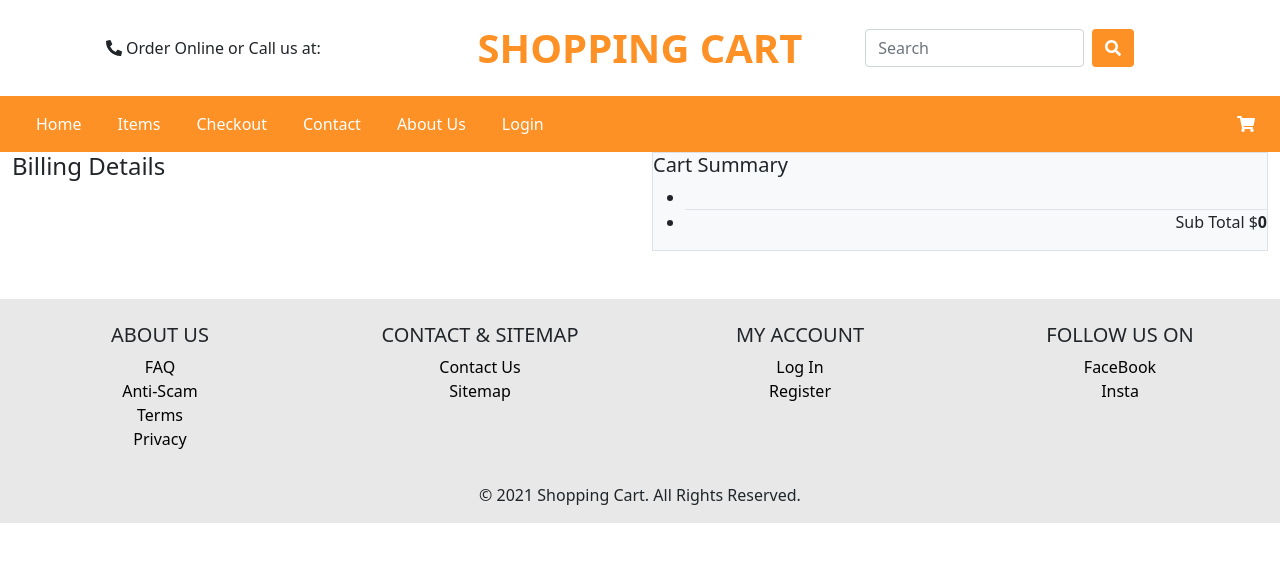
Repository: SaudCh/React-Ecommerce
Page: /checkout
An editor plug-in stored every save of this project. The page is shown before and after the next save, followed by the edit.
The browser window is 1280 px wide. The pictures show the whole page.
The project was rebuilt for these pictures with package versions that can differ from the ones it lists, and the page was loaded fresh each time. Also part of the build but not shown: src/App.css, src/Home/Carousel.jsx, src/data/items.js, src/data/discounted.js, src/Home/Card.jsx, src/Home/home.jsx, src/Login/Login.jsx, src/Register/register.jsx and 5 more.

Above is the page before, as saved 2021-12-27 21:44:29.

After the next save:
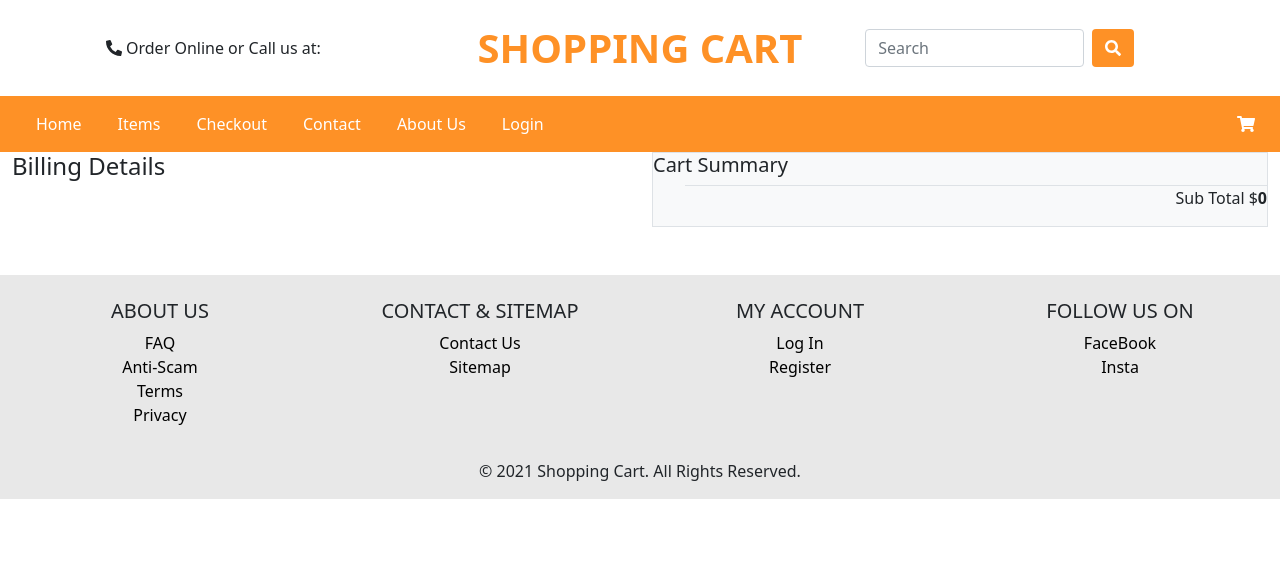
Saved 23 s later.
--- a/src/CheckOut/CheckOut.jsx
+++ b/src/CheckOut/CheckOut.jsx
@@ -17,7 +17,7 @@ export default function CheckOut(props) {
         <div className="col-6">
           <div className="border bg-light">
             <h5>Cart Summary</h5>
-            <ul>
+            <ul style={{ listStyle: "none" }}>
               <li className="border-bottom"></li>
               <li className="text-end">
                 Sub Total $<strong>{total}</strong>
